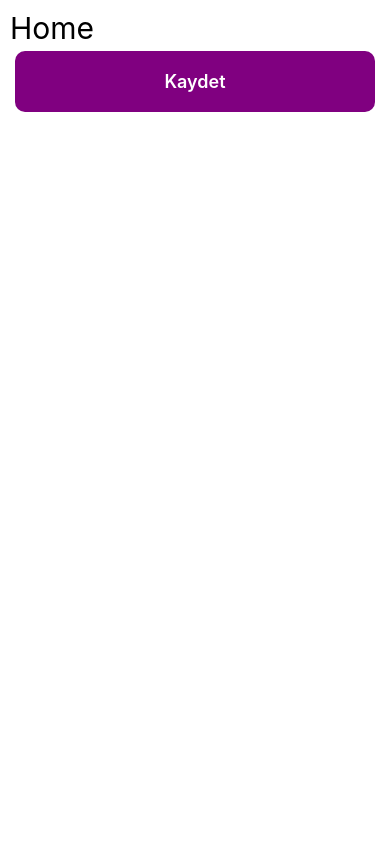
Repository: Kubraaygun/ReactNativeMVVM
Screen: /
These files come from the project's save history. The screen is drawn as it stood at one moment and after the next save; the edit follows.
The app was drawn by React Native's web renderer in a window 390 px wide. The project was rebuilt for these pictures with package versions that can differ from the ones it lists, and the page was loaded fresh each time.

Above is the screen before, as saved 2024-12-12 01:14:49.

After the next save:
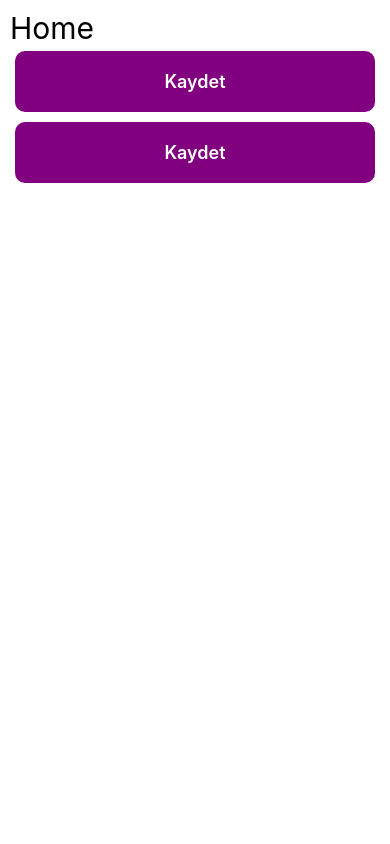
Saved 4 s later.
--- a/src/screens/home/index.jsx
+++ b/src/screens/home/index.jsx
@@ -9,6 +9,7 @@ const Home = () => {
     <SafeAreaView style={styles.container}>
       <View style={styles.screen}>
         <Text style={{fontSize: 30}}>Home</Text>
+        <Button onPress={() => Alert.alert('merhaba')} title="Kaydet" />
         <Button onPress={() => Alert.alert('merhaba')} title="Kaydet" />
       </View>
     </SafeAreaView>
